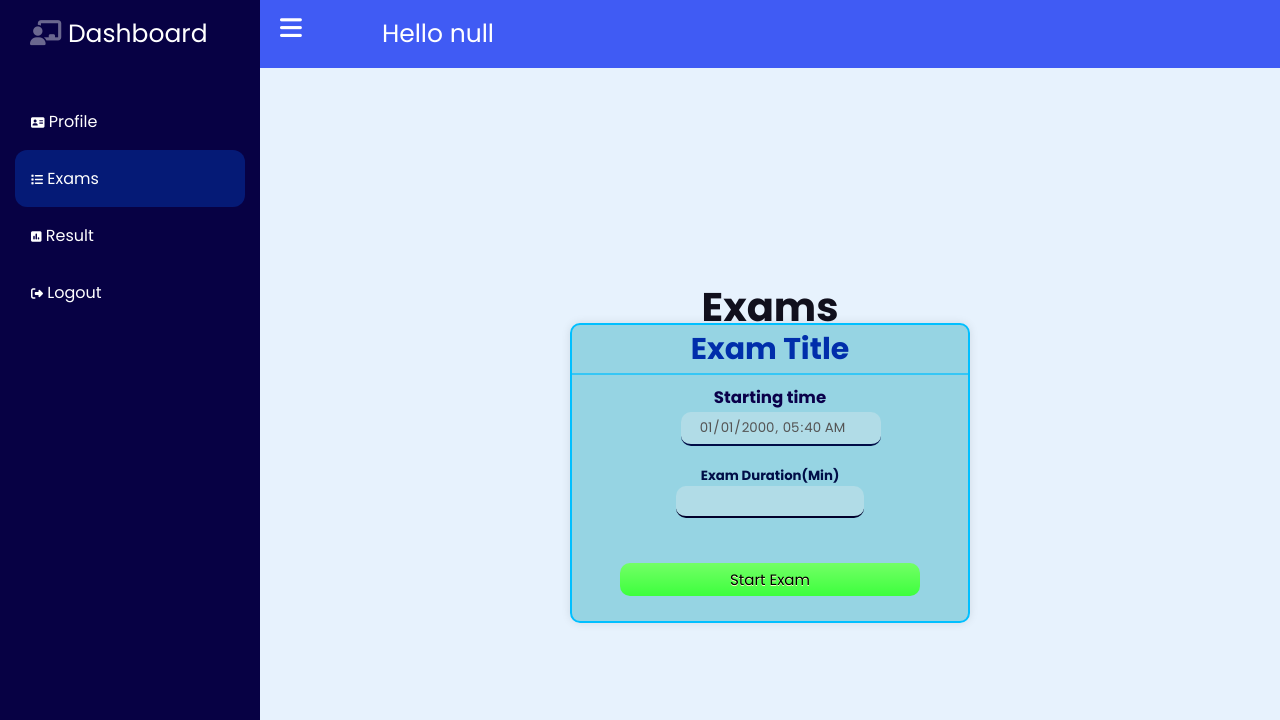
Repository: Buddhadip/ExamPortalApp_struts
Page: http://localhost/ExamWizard/WEB-INF/views/studentExams.jsp
An editor plug-in stored every save of this project. The page is shown before and after the next save, followed by the edit.
The browser window is 1280 px wide. The pictures show the whole page.
The page is served by Tomcat 9. Nobody is signed in. Other server files are loaded and not shown. The template is opened directly, without the code that normally fills it, so the values that code supplies are empty.

Above is the page before, as saved 2023-07-19 09:46:11.

### ExamWizard/src/main/webapp/WEB-INF/views/studentExams.jsp
<%@ page language="java" contentType="text/html; charset=UTF-8"
    pageEncoding="UTF-8"%>
<!DOCTYPE html>
<html>
<head>
    <meta charset="UTF-8" />
    <meta http-equiv="X-UA-Compatible" content="IE=edge" />
    <meta name="viewport" content="width=device-width, initial-scale=1.0" />
    <title>Student Dashboard</title>
    <link rel="stylesheet" href="public/styles/studentHome.css" />
    <link rel="stylesheet" href="public/styles/studentExams.css" />
    <link rel="stylesheet" href="https://cdnjs.cloudflare.com/ajax/libs/font-awesome/6.4.0/css/all.min.css">
<title>Student Home</title>
</head>
<body>
<!-- <%@ taglib prefix="c" uri="http://java.sun.com/jsp/jstl/core" %>
<%
   // Retrieve a session attribute
   String username = (String) session.getAttribute("username");
%> -->
<nav class="sidebar">
      <a href="#" class="logo">
        <i class="fa-solid fa-chalkboard-user fa-beat-fade"></i>
        Dashboard
      </a>

      <div class="menu-content">
        <ul class="menu-items">
          <li class="item">
          <li class="item">
            <a href="profile.do">
              <i class="fa-solid fa-address-card"></i>
              Profile</a>
          </li>

          <li class="item  selected-item">
            <a href="studentExams.do">
                <i class="fa-solid fa-list"></i>
              Exams</a>
          </li>

          <li class="item">
            <a href="result.do">
            <i class="fa-solid fa-square-poll-vertical"></i>
              Result</a>
          </li>

          <li class="item">
            <a href="logout.do">
              <i class="fa-solid fa-right-from-bracket"></i>
              Logout</a>
          </li>
        </ul>
      </div>
    </nav>

    <nav class="navbar">
      <i class="fa-solid fa-bars" id="sidebar-close"></i>

      <div class="hellotext">Hello <%= username %></div>
    </nav>

    <main class="main">
    <h1>Exams</h1>
      <div class="exam-card">

        <div class="exam-card-header">
          <h2> Exam Title</h2>
          <input type="text" class="eid"  id="${exam.eid}-id" name="eid" value="${exam.eid}" style="display: none" />
        </div>
        <div class="exam-card-body">
          <div class="body-time">
            <div class="exam-card-body-item" >
              <h5>Starting time</h5>
              <input type="datetime-local"  class="starttime" name="estart" value="2000-01-01T05:40:00" disabled/>
            </div>
          </div>
          <div class="duration">
            <h5>Exam Duration(Min)</h3>
            <input type="text" name="eduration"  id="${exam.eid}-dur" value="${exam.eduration}" disabled />
          </div>
          <div class="button-area">
            <div class="bottom-button">
              <button class="exambutton yellow" id="startexambutton"
                onclick="StartExam('${exam.eid}')">
                Start Exam
              </button>
            </div>
          </div>
        </div>
      </div>
    </main>

    <script src="public/js/studentExams.js"></script>

</body>
</html>

### ExamWizard/src/main/webapp/public/styles/studentHome.css
@charset "ISO-8859-1";
@charset "UTF-8";
/* Import Google font - Poppins */
@import url("https://fonts.googleapis.com/css2?family=Poppins:wght@200;300;400;500;600;700&display=swap");
* {
  margin: 0;
  padding: 0;
  box-sizing: border-box;
  font-family: "Poppins", sans-serif;
}

body{
	background: #e7f2fd;
}
.sidebar {
  position: fixed;
  height: 100%;
  width: 260px;
  background: #070144;
  padding: 15px;
  z-index: 99;
}
.logo {
  font-size: 25px;
  padding: 0 15px;
}
.sidebar a {
  color: #fff;
  text-decoration: none;
}
.menu-content {
  position: relative;
  height: 100%;
  width: 100%;
  margin-top: 40px;
  overflow-y: scroll;
}
.menu-content::-webkit-scrollbar {
  display: none;
}
.menu-items {
  height: 100%;
  width: 100%;
  list-style: none;
  transition: all 0.4s ease;
}
.submenu-active .menu-items {
  transform: translateX(-56%);
}
.item a,
.submenu-item {
  padding: 16px;
  display: inline-block;
  width: 100%;
  border-radius: 12px;
}
.item i {
  font-size: 12px;
}
.item a:hover,
.submenu-item:hover,
.submenu .menu-title:hover {
  background: rgba(34, 98, 236, 0.719);
}
.submenu .menu-title:hover ,
.selected-item {
  background: rgba(5, 81, 223, 0.322);
  border-radius: 12px;
}
.submenu-item {
  display: flex;
  justify-content: space-between;
  align-items: center;
  color: #fff;
  cursor: pointer;
}
.submenu {
  position: absolute;
  height: 100%;
  width: 100%;
  top: 0;
  right: calc(-100% - 26px);
  height: calc(100% + 100vh);
  background: #11101d;
  display: none;
}
.show-submenu ~ .submenu {
  display: block;
}
.submenu .menu-title {
  border-radius: 12px;
  cursor: pointer;
}
.submenu .menu-title i {
  margin-right: 10px;
}
.navbar,
.main {
  left: 260px;
  width: calc(100% - 260px);
  transition: all 0.5s ease;
  z-index: 1000;
}
.sidebar.close ~ .navbar,
.sidebar.close ~ .main {
  left: 0;
  width: 100%;
}
.navbar {
  position: fixed;
  color: #fff;
  padding: 15px 20px;
  font-size: 25px;
  background: #405bf4;
  cursor: pointer;
  display:flex;
  flex-direction:row;
}

.navbar .hellotext{
  margin-left:80px;
}
.navbar #sidebar-close {
  cursor: pointer;
}
.main {
  position: relative;
  display: flex;
  align-items: center;
  justify-content: center;
  height: 100vh;
  z-index: 100;
  background: #e7f2fd;
  z-index: 100;
  overflow-y:scroll;
  background: #e7f2fd;
  flex-direction:column;
  padding-top:200px;
}
.main h1 {
  color: #11101d;
  font-size: 40px;
  text-align: center;
}

### ExamWizard/src/main/webapp/public/styles/studentExams.css
@charset "ISO-8859-1";
@charset "ISO-8859-1";

.main h1 {
  color: #11101d;
  font-size: 40px;
  text-align: center;
  height: 5%;
}
.card-holder{
  display:flex;
  flex-direction:row;
  justify-content:space-around;
  align-items:center;
  flex-wrap: wrap;
  width:100%;
  height:95%;
  margin-top:50px;
  /* background-color: rgb(229, 255, 255); */
  padding: 50px;
}
.exam-card{
  width: 400px;
  height: 300px;
  background-color: rgb(255, 255, 255);
  border-radius: 10px;
  border: 2px solid deepskyblue;
  box-shadow: 0px 0px 10px 0px rgba(0, 0, 0, 0.1);
  margin: 20px;
  display: flex;
  flex-direction: column;
  align-items: center;
  cursor: pointer;
  transition: all 0.3s ease;
  background-color: #76c8d9b5;
}
.exam-card-header{
  width: 100%;
  height: 50px;
  color: #002eab;

  display: flex;
  justify-content: center;
  align-items: center;
  font-size: 20px;
  font-weight: 600;
  border-bottom: 2px solid rgba(0, 191, 255, 0.644);
}
.exam-card-body{
  width: 100%;
}

.exam-card-body-item{
  width:50%;
  padding: 10px;

}
.exam-card-body-item h5{
  color: rgb(10, 0, 74);
  text-align: center;
}
.exam-card-body-item input{
  border-radius: 10px;
  padding: 5px 0px;
  text-align: center;
}
.body-time{
  width:100%;
  display: flex;
  justify-content: center;
  align-items: center;
  font-size: 20px;
  flex-direction: row;
}
.starttime{
  border: none;
    border-bottom: 2px solid #000d47;
}
.duration {
  width: 100%;
  text-align: center;
  padding: 10px;
  color: #000d47;


}
.duration input{
    width: 50%;
    padding: 5px;
    border-radius: 10px;
    border: none;
    border-bottom: 2px solid #01002b;
    text-align: center;
}

.top-button{
  width: 100%;
  display: flex;
  justify-content: space-around;
  align-items: center;
  padding: 10px;
  flex-direction: row;

}

.exambutton{
  width: 80%;
  padding: 5px;
  border-radius: 10px;
  border: none;
  margin: 5px;
  cursor: pointer;
  font-size: 15px;
  margin-top: 25px;
}
@-moz-keyframes yellow {
  0%, 100% {
    -moz-box-shadow: 1px 0px 19px 4px #35ff03, inset 0px 0px 10px rgba(255, 255, 255, 0.5);
    box-shadow: 1px 0px 19px 4px #18ff03, inset 0px 0px 10px rgba(255, 255, 255, 0.5); }

  50% {
    -moz-box-shadow: 0px 0px 0px 0px rgba(255, 245, 3, 0), inset 0px 0px 0px rgba(255, 255, 255, 0);
    box-shadow: 0px 0px 0px 0px rgba(255, 245, 3, 0), inset 0px 0px 0px rgba(255, 255, 255, 0); } }

@-webkit-keyframes yellow {
  0%, 100% {
    -webkit-box-shadow: 1px 0px 19px 4px #03ff3a, inset 0px 0px 10px rgba(255, 255, 255, 0.5);
    box-shadow: 1px 0px 19px 4px #03ff2d, inset 0px 0px 10px rgba(255, 255, 255, 0.5); }

  50% {
    -webkit-box-shadow: 0px 0px 0px 0px rgba(255, 245, 3, 0), inset 0px 0px 0px rgba(255, 255, 255, 0);
    box-shadow: 0px 0px 0px 0px rgba(255, 245, 3, 0), inset 0px 0px 0px rgba(255, 255, 255, 0); } }

@-o-keyframes yellow {
  0%, 100% {
    box-shadow: 1px 0px 19px 4px #03ff2d, inset 0px 0px 10px rgba(255, 255, 255, 0.5); }

  50% {
    box-shadow: 0px 0px 0px 0px rgba(255, 245, 3, 0), inset 0px 0px 0px rgba(255, 255, 255, 0); } }

@keyframes yellow {
  0%, 100% {
    box-shadow: 1px 0px 19px 4px #03ff18, inset 0px 0px 10px rgba(255, 255, 255, 0.5); }

  50% {
    box-shadow: 0px 0px 0px 0px rgba(255, 245, 3, 0), inset 0px 0px 0px rgba(255, 255, 255, 0); } }

.button {
  text-align: center;
  padding: 10px 20px;
  text-decoration: none;
  color: #000;
  font-weight: bold;
  -webkit-border-radius: 10px;
  -moz-border-radius: 10px 0;
  border-radius: 10px 0;
  margin-right: 20px; }

.yellow {
  text-shadow: 0px 1px 0px #faffc7;
  background-image: -webkit-linear-gradient(top, #66ff6e, #84fd80);
  background-image: -moz-linear-gradient(top, #66ff66, #80fd8a);
  background-image: -o-linear-gradient(top, #66ff6e, #80fd86);
  background-image: linear-gradient(to bottom, #73ff66, #3dff3d);
  -webkit-animation: yellow 2s infinite;
  -moz-animation:yellow 2s infinite;
  -o-animation: yellow 2s infinite;
  animation: yellow 2s infinite; }
.bottom-button{
  width: 100%;
  display: flex;
  justify-content: space-around;
  align-items: center;
  padding: 10px;
  flex-direction: row;
}

### ExamWizard/src/main/webapp/public/js/studentExams.js
const sidebar = document.querySelector(".sidebar");
const sidebarClose = document.querySelector("#sidebar-close");
const menu = document.querySelector(".menu-content");
const menuItems = document.querySelectorAll(".submenu-item");
const subMenuTitles = document.querySelectorAll(".submenu .menu-title");

sidebarClose.addEventListener("click", () => {
  sidebar.classList.toggle("close");
  menu.classList.remove("submenu-active");
  menuItems.forEach((item) => {
    item.classList.remove("show-submenu");
  });
});

menuItems.forEach((item, index) => {
  item.addEventListener("click", () => {
    menu.classList.add("submenu-active");
    item.classList.add("show-submenu");
    menuItems.forEach((item2, index2) => {
      if (index !== index2) {
        item2.classList.remove("show-submenu");
      }
    });
  });
});

subMenuTitles.forEach((title) => {
  title.addEventListener("click", () => {
    menu.classList.remove("submenu-active");
  });
});

After the next save:
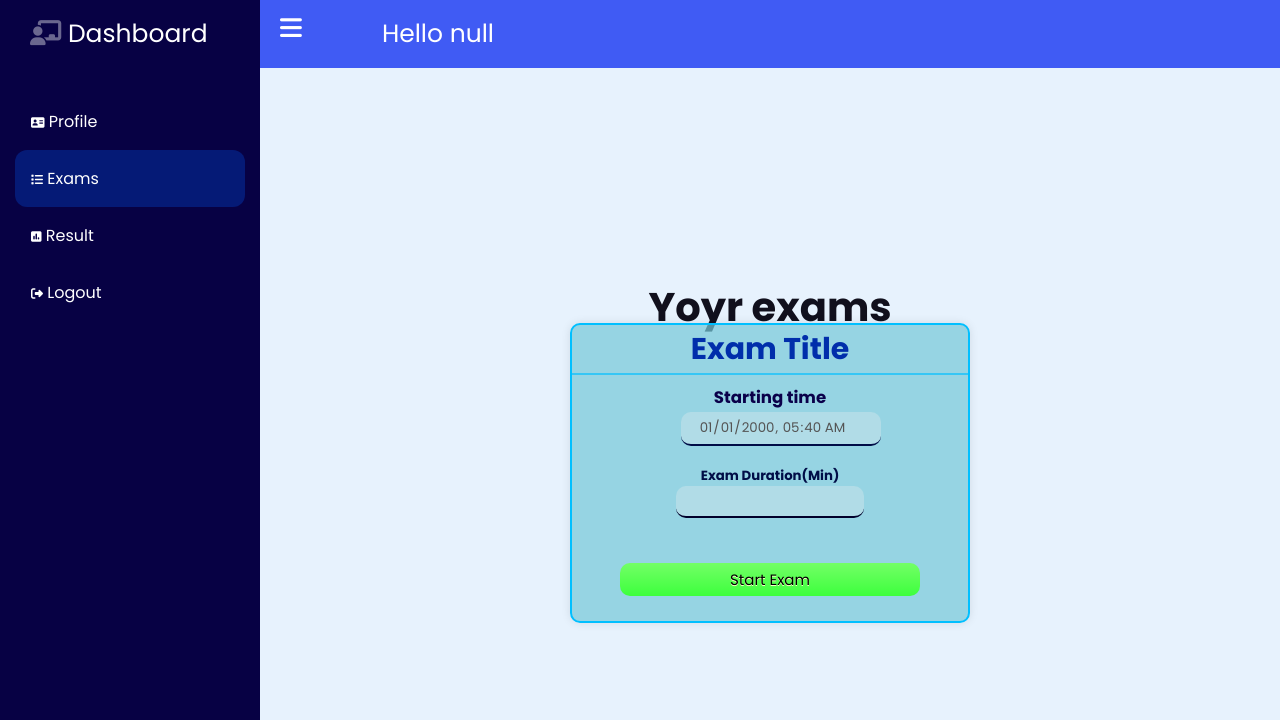
Saved 10 s later.
--- a/ExamWizard/src/main/webapp/WEB-INF/views/studentExams.jsp
+++ b/ExamWizard/src/main/webapp/WEB-INF/views/studentExams.jsp
@@ -61,7 +61,7 @@
     </nav>
 
     <main class="main">
-    <h1>Exams</h1>
+    <h1>Yoyr exams</h1>
       <div class="exam-card">
 
         <div class="exam-card-header">
